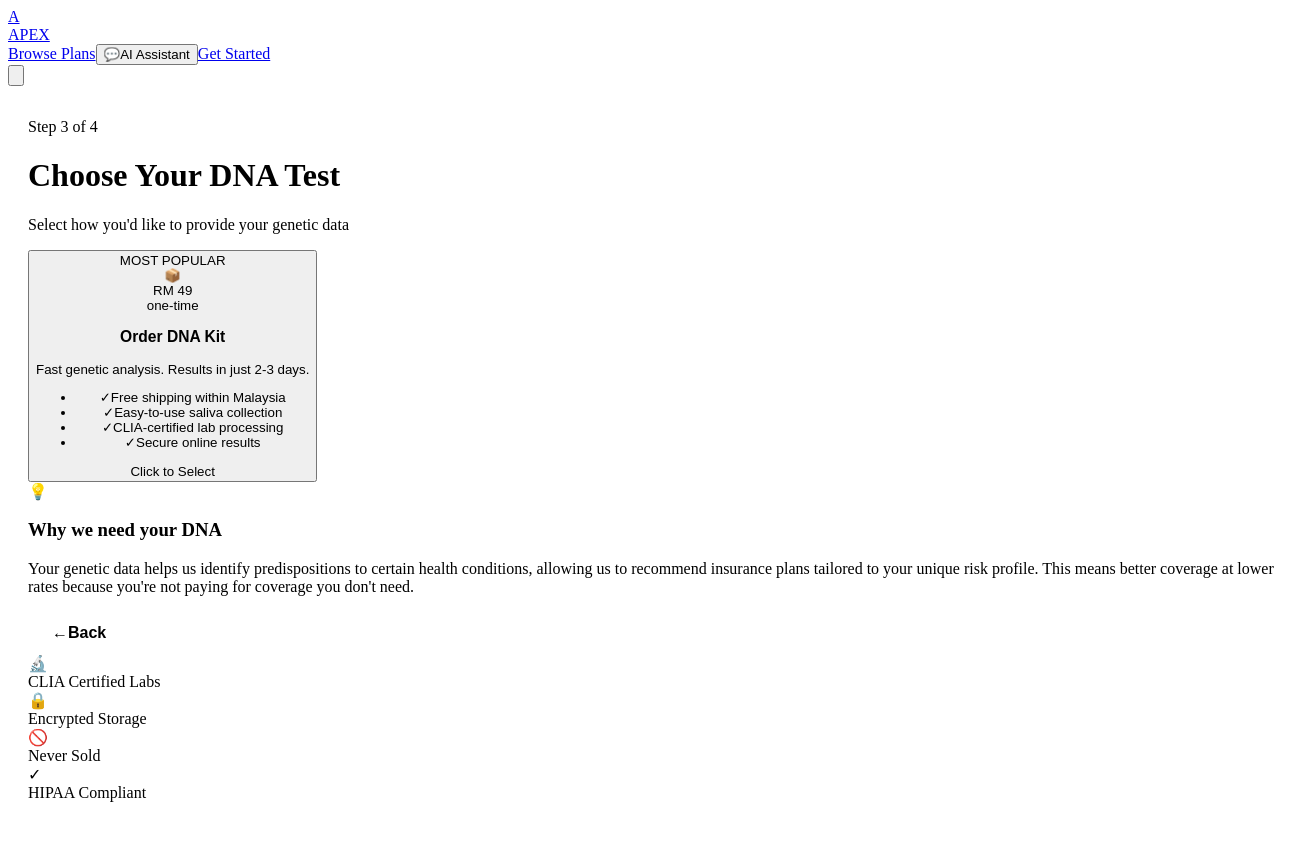
Repository: hmhhmm/Apex-AI-Driven-Insurance-Recommendation-System
Page: /onboarding/dna-test (app in client/)
These files come from the project's save history. The page is drawn as it stood at one moment and after the next save; the edit follows.
The browser window is 1280 px wide. The page is 1312 px wide, so the pictures cover 1312 px, including what lies to the right of the window. The pictures show the whole page.
The project was rebuilt for these pictures with package versions that can differ from the ones it lists, and the page was loaded fresh each time. Also part of the build but not shown: client/src/components/chat/ChatHeader.tsx, client/src/components/chat/ChatMessages.tsx, client/src/components/chat/QuickActions.tsx, client/src/components/chat/ChatInput.tsx, client/src/components/landing/ParticleBackground.tsx, client/src/components/landing/AnimatedHero.tsx, client/src/components/landing/DashboardCard.tsx, client/src/pages/Landing.tsx and 11 more.

Above is the page before, as saved 2025-11-01 21:04:57.

After the next save:
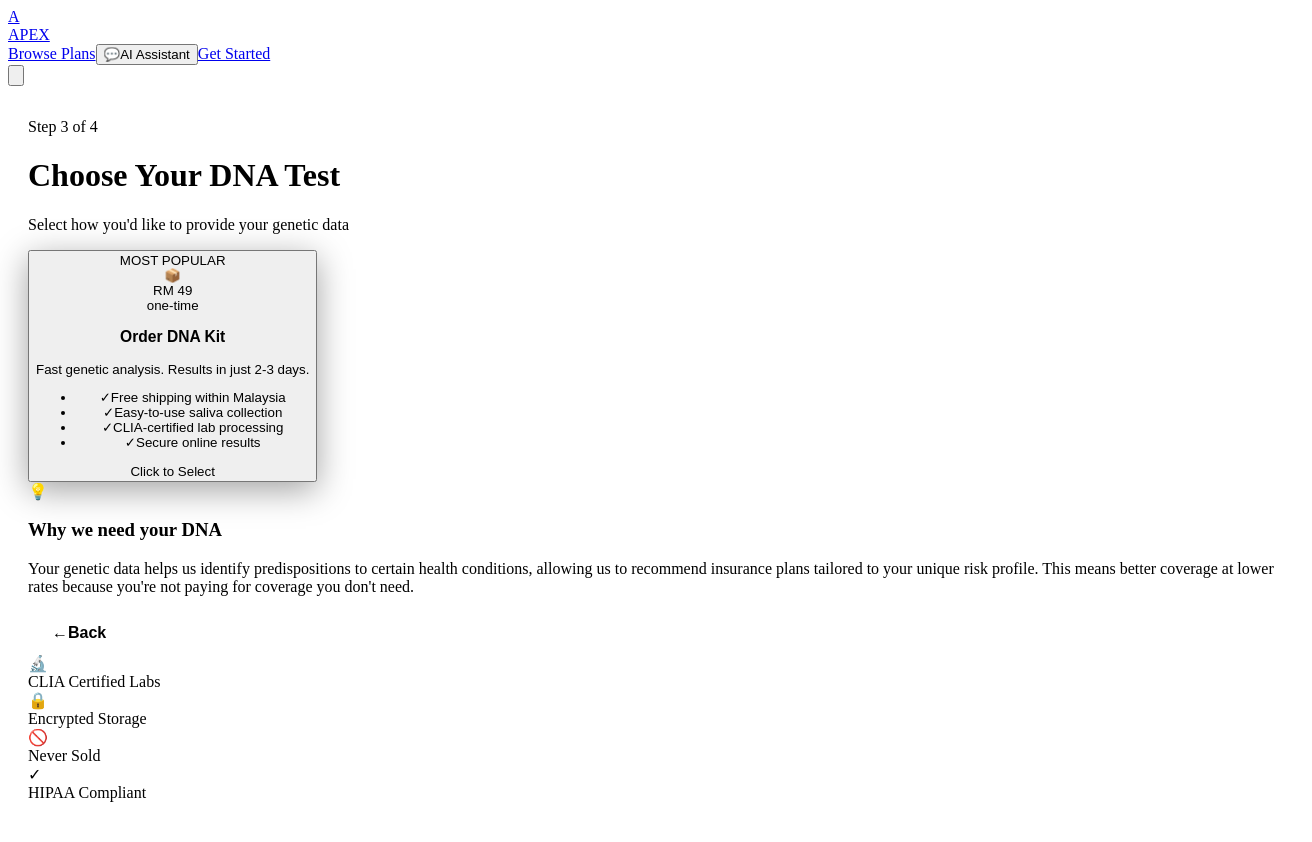
Saved 9 s later.
--- a/client/src/pages/onboarding/DNATestOptions/index.tsx
+++ b/client/src/pages/onboarding/DNATestOptions/index.tsx
@@ -101,11 +101,12 @@ export default function DNATestSelection() {
               animate={{ opacity: 1, y: 0 }}
               transition={{ delay: 0.3 + index * 0.1 }}
               onClick={() => setSelectedOption(option.id)}
-              className={`relative card text-left transition-all duration-300 hover:scale-105 w-full ${
+              className={`relative backdrop-blur-2xl bg-gradient-to-br from-white/[0.07] to-white/[0.02] border rounded-3xl p-8 text-left transition-all duration-300 hover:scale-105 w-full ${
                 selectedOption === option.id
-                  ? 'ring-2 ring-blue-500 shadow-2xl shadow-blue-500/30'
-                  : 'hover:border-zinc-700'
+                  ? 'border-blue-500/50 ring-2 ring-blue-500/30 shadow-2xl shadow-blue-500/30'
+                  : 'border-white/10 hover:border-white/20'
               }`}
+              style={{ boxShadow: '0 8px 32px 0 rgba(0, 0, 0, 0.37)' }}
             >
               {/* Popular Badge */}
               {option.popular && (
